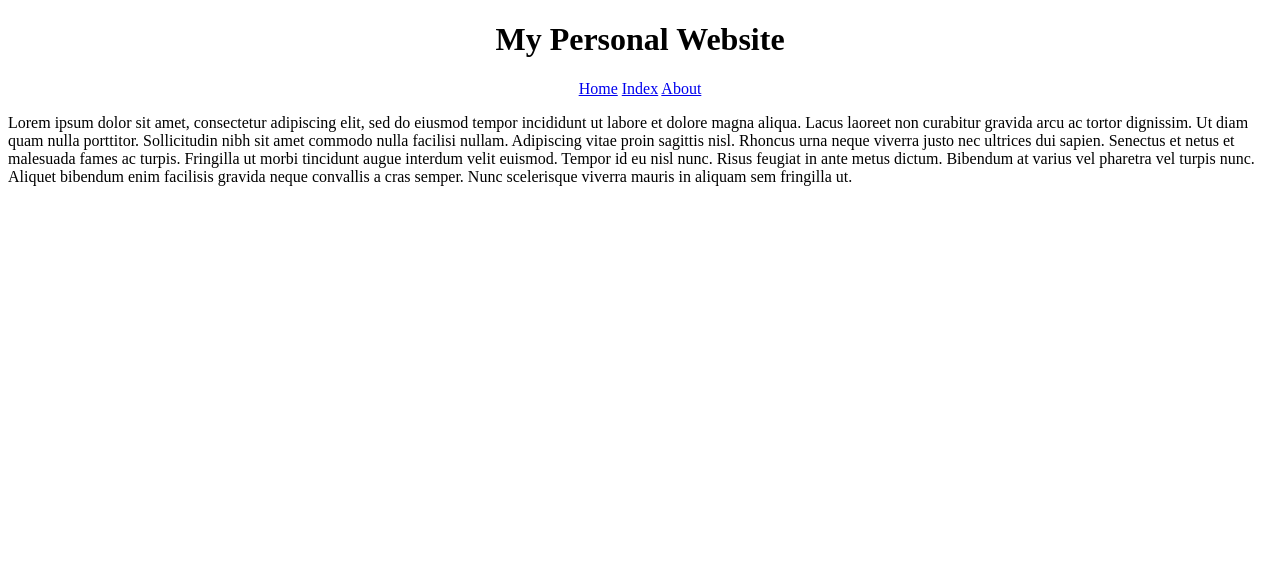
Repository: Melinda-Nanjad-Personal-Website/Personal-web
Page: about.html
An editor plug-in stored every save of this project. The page is shown before and after the next save, followed by the edit.
The browser window is 1280 px wide. The pictures show the whole page.

Above is the page before, as saved 2023-07-21 17:10:19.

### about.html
<!DOCTYPE html>
<html lang="en">
<head>
    <meta charset="UTF-8">
    <meta name="viewport" content="width=device-width, initial-scale=1.0">
    <title>Personal Website</title>
</head>
<header>
    <center>
        <h1>My Personal Website</h1>
    </center>
</header> <center>
<nav>
    <a class="active" href="/home.html">Home</a>
    <a class="active" href="/Index.html">Index</a>
    <a class="active" href="/about.html">About</a>

        </nav> </center>
<body>
    <P>Lorem ipsum dolor sit amet, consectetur adipiscing elit, sed do eiusmod tempor incididunt ut labore et dolore magna aliqua. Lacus laoreet non curabitur gravida arcu ac tortor dignissim. Ut diam quam nulla porttitor. Sollicitudin nibh sit amet commodo nulla facilisi nullam. Adipiscing vitae proin sagittis nisl. Rhoncus urna neque viverra justo nec ultrices dui sapien. Senectus et netus et malesuada fames ac turpis. Fringilla ut morbi tincidunt augue interdum velit euismod. Tempor id eu nisl nunc. Risus feugiat in ante metus dictum. Bibendum at varius vel pharetra vel turpis nunc. Aliquet bibendum enim facilisis gravida neque convallis a cras semper. Nunc scelerisque viverra mauris in aliquam sem fringilla ut.</P>
</body>
</html>

After the next save:
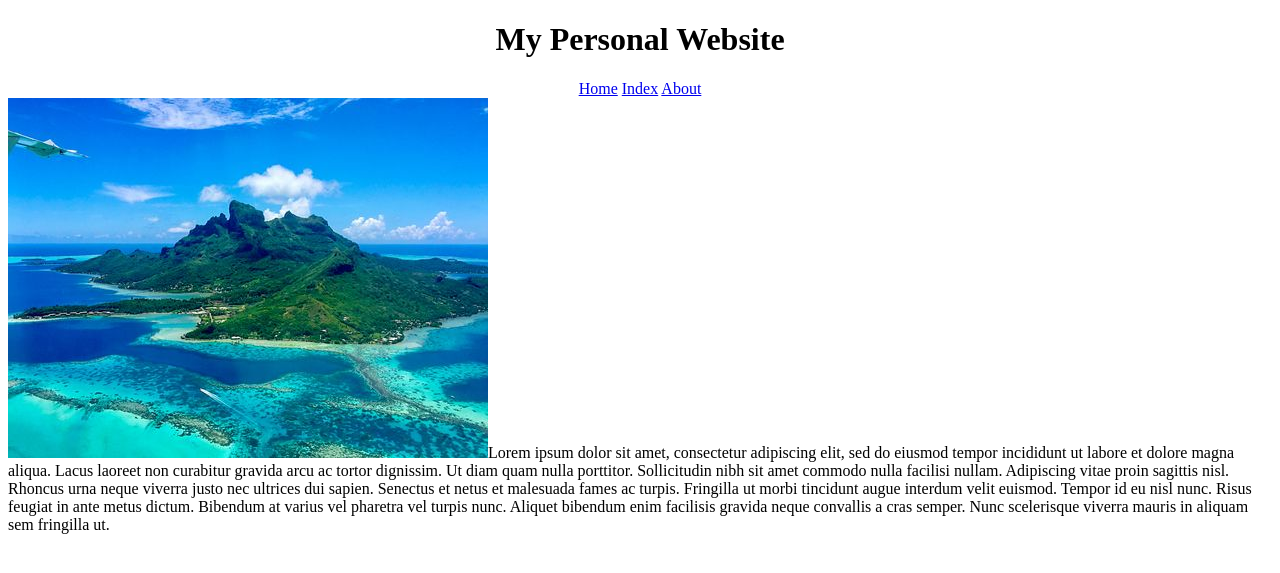
Saved 59 s later.
--- a/about.html
+++ b/about.html
@@ -17,6 +17,8 @@
 
         </nav> </center>
 <body>
+
+ <img src="island.jpeg" href="photo of island"
     <P>Lorem ipsum dolor sit amet, consectetur adipiscing elit, sed do eiusmod tempor incididunt ut labore et dolore magna aliqua. Lacus laoreet non curabitur gravida arcu ac tortor dignissim. Ut diam quam nulla porttitor. Sollicitudin nibh sit amet commodo nulla facilisi nullam. Adipiscing vitae proin sagittis nisl. Rhoncus urna neque viverra justo nec ultrices dui sapien. Senectus et netus et malesuada fames ac turpis. Fringilla ut morbi tincidunt augue interdum velit euismod. Tempor id eu nisl nunc. Risus feugiat in ante metus dictum. Bibendum at varius vel pharetra vel turpis nunc. Aliquet bibendum enim facilisis gravida neque convallis a cras semper. Nunc scelerisque viverra mauris in aliquam sem fringilla ut.</P>
 </body>
 </html>
